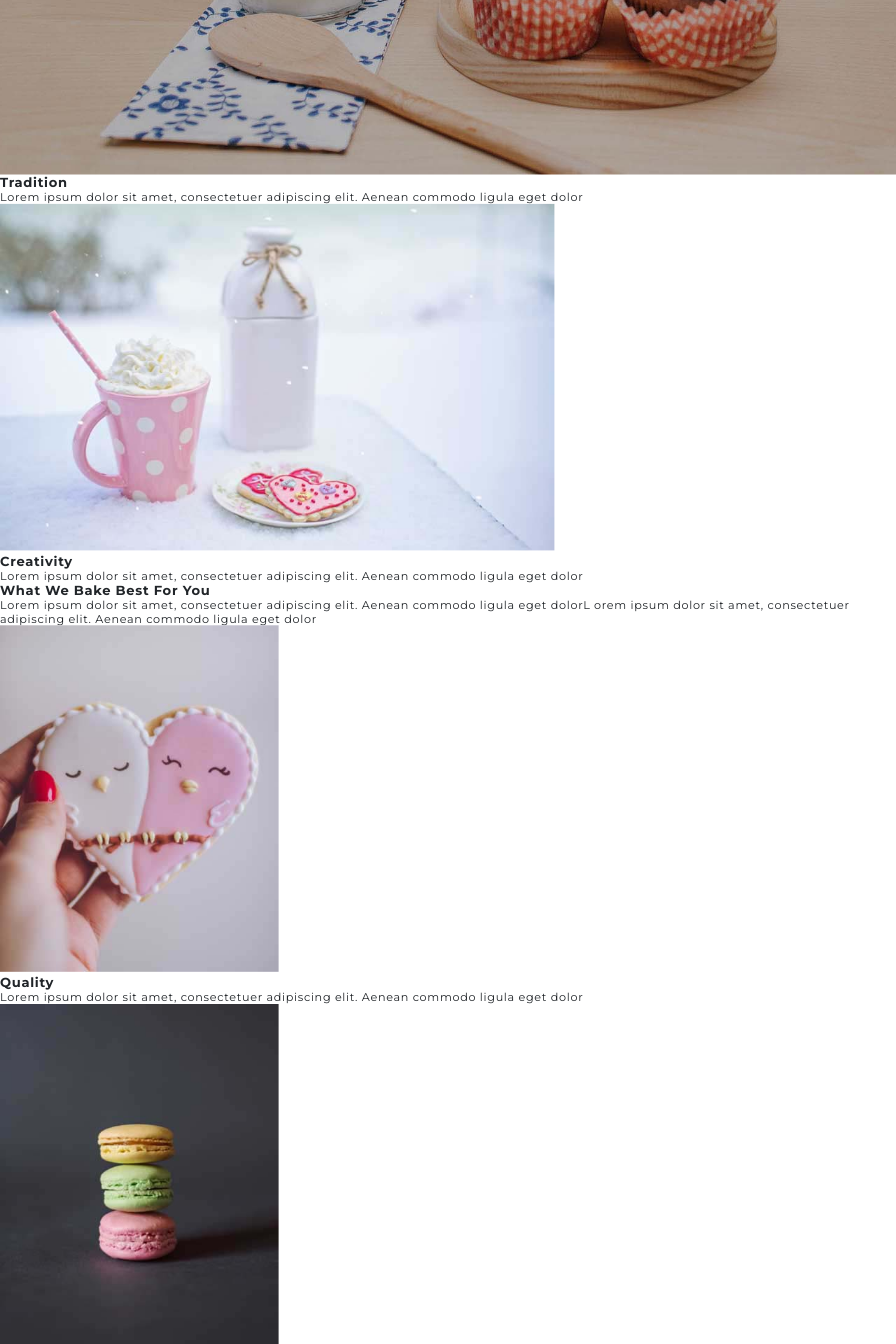
Repository: ducdatit2002/bake-cake
Page: index.html
These files come from the project's save history. The page is drawn as it stood at one moment and after the next save; the edit follows.
The browser window is 1280 px wide. The pictures show the part of the page from y = 535 to 2455 px (the page is 3010 px tall before and 2282 px after), at 70% of full size.

Above is the page before, as saved 2023-07-13 12:14:02.

After the next save:
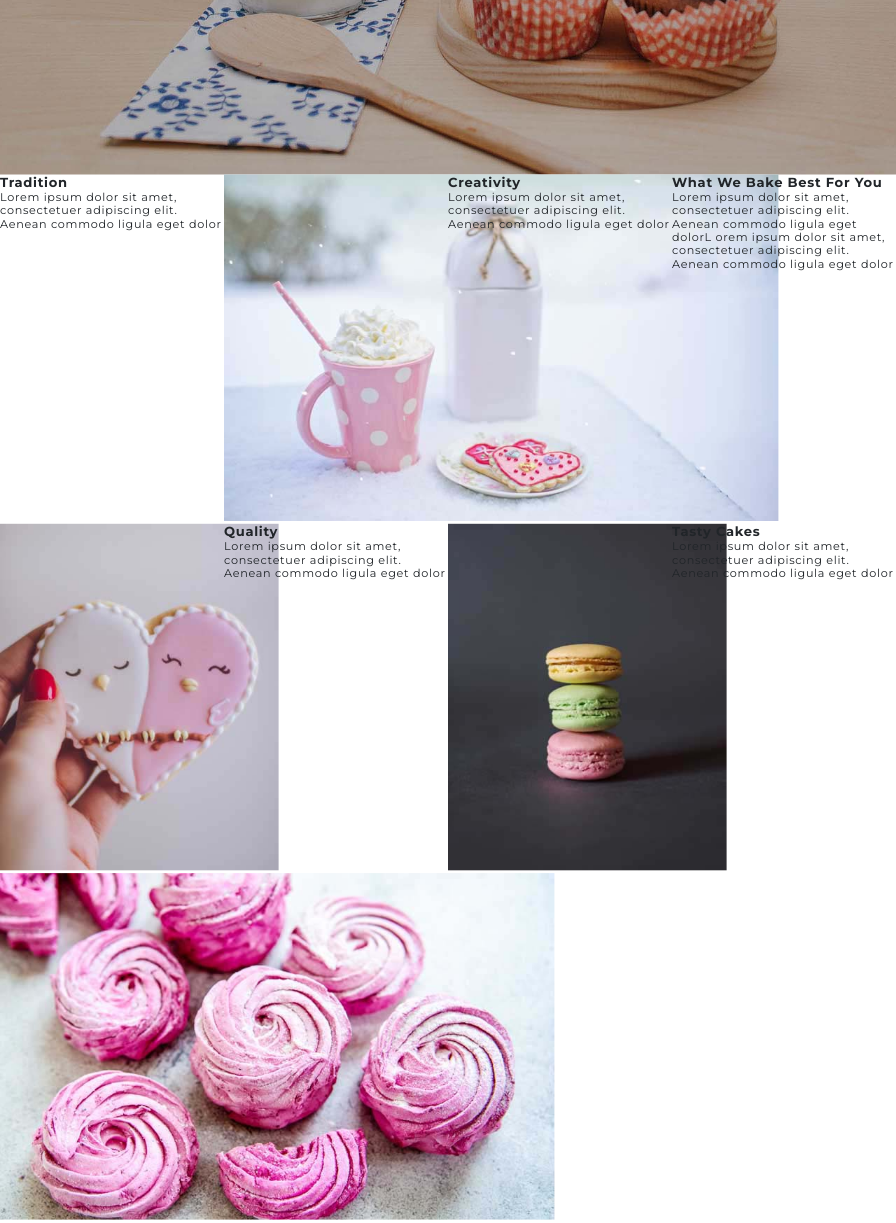
Saved 34 s later.
--- a/index.css
+++ b/index.css
@@ -98,5 +98,5 @@ header {
 /* INTRO */
 .intro {
     display: grid;
-    grid-template-columns: ;
+    grid-template-columns: 25% 25% 25% 25%;
 }
